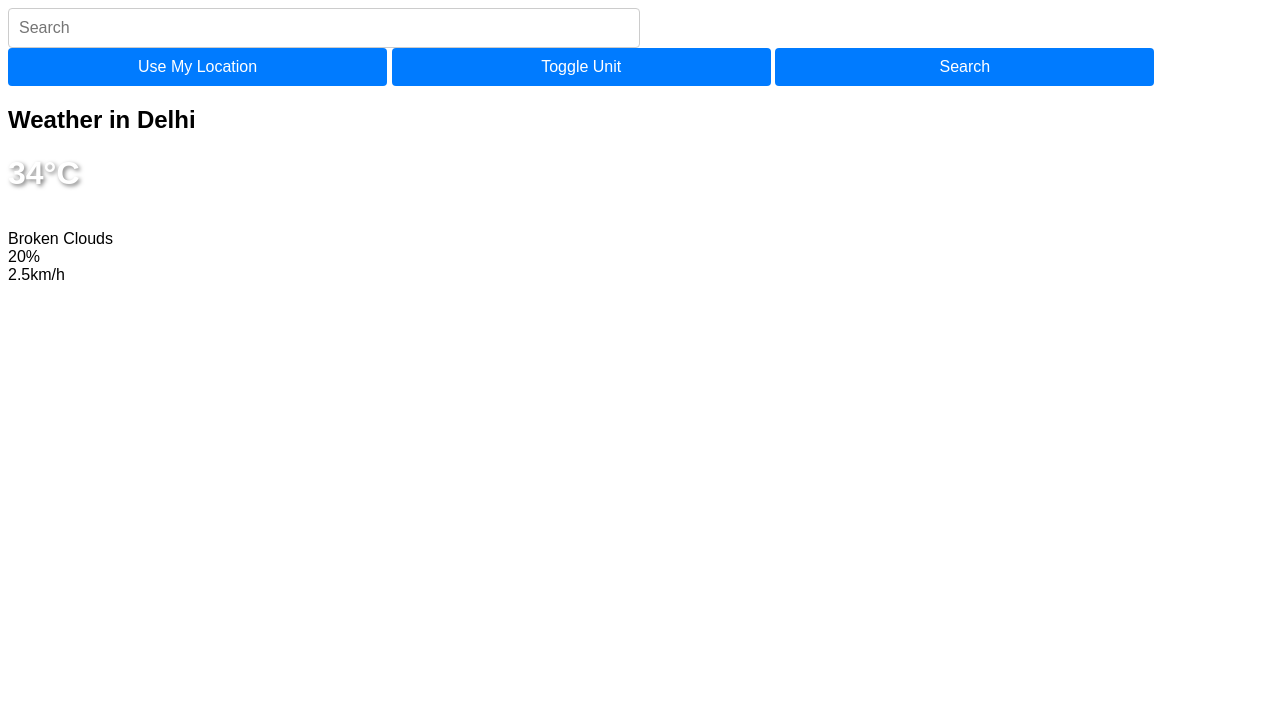
Repository: nashon11/SkyView-Weather-App
Page: index.html
These files come from the project's save history. The page is drawn as it stood at one moment and after a run of saves; the edit follows.
The browser window is 1280 px wide. The pictures show the whole page.
The page's requests for data from a server got no answer.

Above is the page before, as saved 2024-03-05 20:16:38.

### index.html
<!DOCTYPE html>
<html lang="en">
<head>
    <meta charset="UTF-8">
    <meta http-equiv="X-UA-Compatible" content="IE=edge">
    <meta name="viewport" content="width=device-width, initial-scale=1.0">
    <title>Weather App</title>
    <link rel="preconnect" href="https://fonts.googleapis.com">
    <link rel="preconnect" href="https://fonts.gstatic.com" crossorigin>
    <link href="https://fonts.googleapis.com/css2?family=Open+Sans&display=swap" rel="stylesheet">
    <link rel="stylesheet" href="styles.css">
    <script src="index.js" defer></script>
</head>
<body>
    <div class="card">
        <div class="search">
            <input type="text" class="search-bar" placeholder="Search">
            <div class="autocomplete"></div>
            <button id="geolocation-btn">Use My Location</button>
            <button id="unit-toggle-btn">Toggle Unit</button>
            <button id="search-btn">Search</button>
        </div>
        <div class="weather loading">
            <h2 class="city">Weather in Delhi</h2>
            <h1 class="temp">34°C</h1>
            <div class="flex">
                <img src="" alt="" class="icon">
                <div class="description">Broken Clouds</div>
            </div>
            <div class="humidity">20%</div>
            <div class="wind">2.5km/h</div>
        </div>
        <div class="forecast loading">
            <!-- Forecast data will be dynamically added here -->
        </div>
    </div>
</body>
</html>

### styles.css
body {
    font-family: Arial, sans-serif;
    background-size: cover;
    background-position: center;
    transition: background-image 0.5s ease;
}

#weather-app {
    display: flex;
    flex-direction: column;
    align-items: center;
    justify-content: center;
    height: 100vh;
    padding: 20px;
    box-sizing: border-box;
}

h1 {
    color: #fff;
    text-shadow: 2px 2px 4px rgba(0, 0, 0, 0.5);
    margin-bottom: 20px;
}

.input-container {
    display: flex;
    align-items: center;
    justify-content: center;
    width: 100%;
    margin-bottom: 20px;
}

input[type="text"] {
    width: 50%;
    padding: 10px;
    font-size: 16px;
    border: 1px solid #ccc;
    border-radius: 4px;
    box-sizing: border-box;
}

button {
    width: 30%;
    padding: 10px;
    font-size: 16px;
    background-color: #007bff;
    color: #fff;
    border: none;
    border-radius: 4px;
    cursor: pointer;
    transition: background-color 0.3s ease;
}

button:hover {
    background-color: #0062cc;
}

### index.js
// Constants for API key and default city
const apiKey = "7cbaf9080584e93d756d1e93ba5c46c8";
const defaultCity = "Kitengela";

// Function to fetch weather data from API
const fetchWeatherData = async (city) => {
    try {
        const response = await fetch(`https://api.openweathermap.org/data/2.5/weather?q=${city}&appid=${apiKey}`);
        const data = await response.json();
        processWeatherData(data);
    } catch (error) {
        console.error("Error fetching weather data:", error);
    }
};

// Function to process weather data and update the UI
const processWeatherData = (data) => {
    // Update background image based on weather condition
    updateBackground(data.weather[0].main);

    // Other code to update the UI with weather data...
};

// Function to update background image based on weather condition
const updateBackground = (weatherCondition) => {
    const body = document.querySelector("body");
    const backgroundImage = getBackgroundImage(weatherCondition);
    body.style.backgroundImage = `url("${backgroundImage}")`;
};

// Function to get the background image path based on weather condition
const getBackgroundImage = (weatherCondition) => {
    switch (weatherCondition) {
        case "Clear":
            return "clear.jpg";
        case "Clouds":
            return "cloudy.jpg";
        case "Rain":
            return "rainy.jpg";
        default:
            return "default.jpg"; // Default image
    }
};

// Call fetchWeatherData function with a default city
fetchWeatherData(defaultCity);

After the next 2 saves:
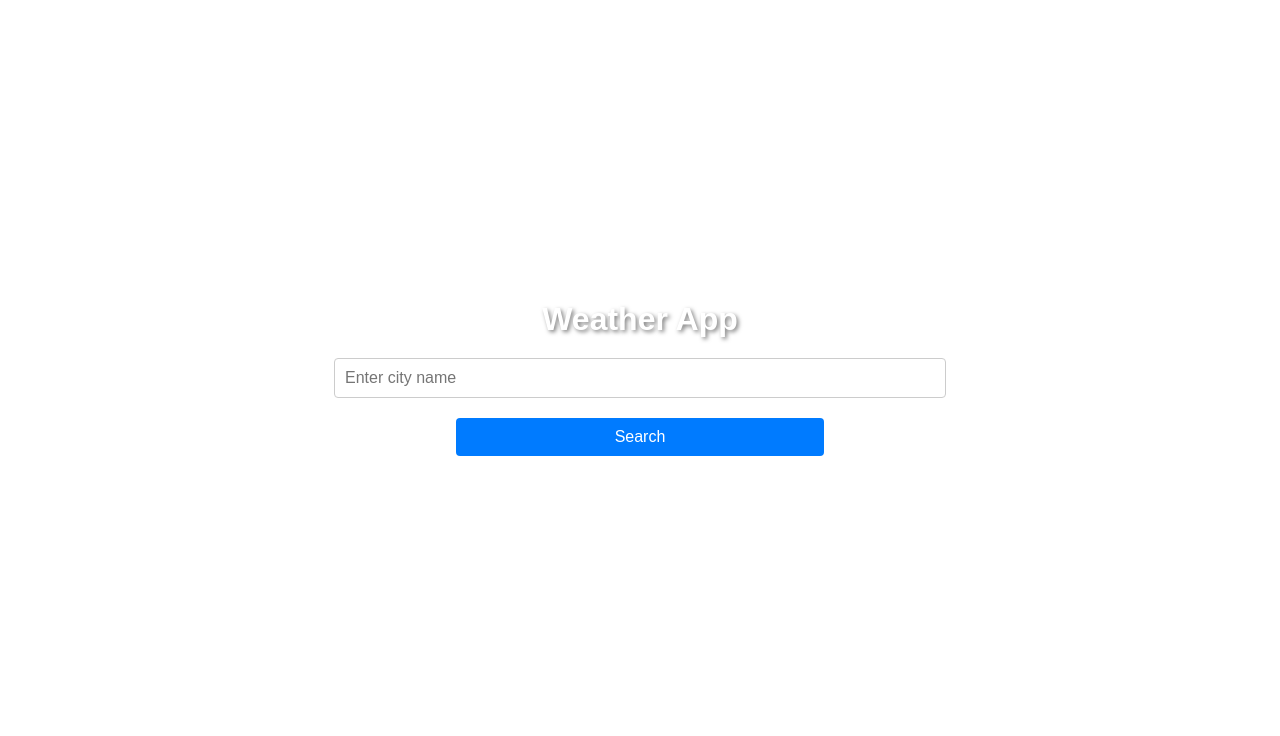
The 2 saves are shown as one change because they came seconds apart.
The last was saved 3 min 47 s later.
--- a/index.html
+++ b/index.html
@@ -2,37 +2,19 @@
 <html lang="en">
 <head>
     <meta charset="UTF-8">
-    <meta http-equiv="X-UA-Compatible" content="IE=edge">
     <meta name="viewport" content="width=device-width, initial-scale=1.0">
     <title>Weather App</title>
-    <link rel="preconnect" href="https://fonts.googleapis.com">
-    <link rel="preconnect" href="https://fonts.gstatic.com" crossorigin>
-    <link href="https://fonts.googleapis.com/css2?family=Open+Sans&display=swap" rel="stylesheet">
     <link rel="stylesheet" href="styles.css">
-    <script src="index.js" defer></script>
 </head>
 <body>
-    <div class="card">
-        <div class="search">
-            <input type="text" class="search-bar" placeholder="Search">
-            <div class="autocomplete"></div>
-            <button id="geolocation-btn">Use My Location</button>
-            <button id="unit-toggle-btn">Toggle Unit</button>
-            <button id="search-btn">Search</button>
+    <div id="weather-app">
+        <h1>Weather App</h1>
+        <div class="input-container">
+            <input type="text" id="city-input" placeholder="Enter city name">
         </div>
-        <div class="weather loading">
-            <h2 class="city">Weather in Delhi</h2>
-            <h1 class="temp">34°C</h1>
-            <div class="flex">
-                <img src="" alt="" class="icon">
-                <div class="description">Broken Clouds</div>
-            </div>
-            <div class="humidity">20%</div>
-            <div class="wind">2.5km/h</div>
-        </div>
-        <div class="forecast loading">
-            <!-- Forecast data will be dynamically added here -->
-        </div>
+        <button id="search-btn">Search</button>
     </div>
+
+    <script src="index.js"></script>
 </body>
 </html>
